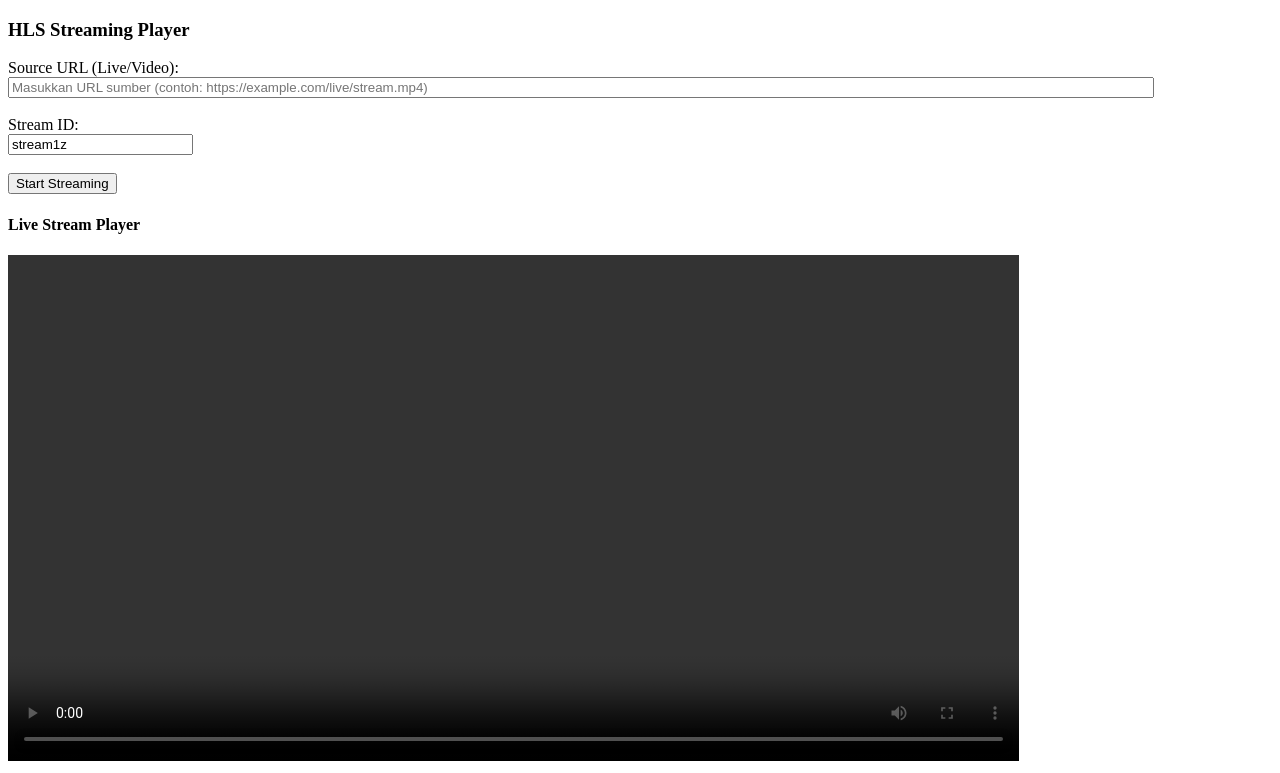
Repository: abdulharisasari/hlsconverter
Page: http://localhost/
These files come from the project's save history. The page is drawn as it stood at one moment and after the next save; the edit follows.
The browser window is 1280 px wide. The pictures show the whole page.
The page is served by the project's application, run on Flask 3 (app.py).

Above is the page before, as saved 2025-11-05 14:11:54.

After the next save:
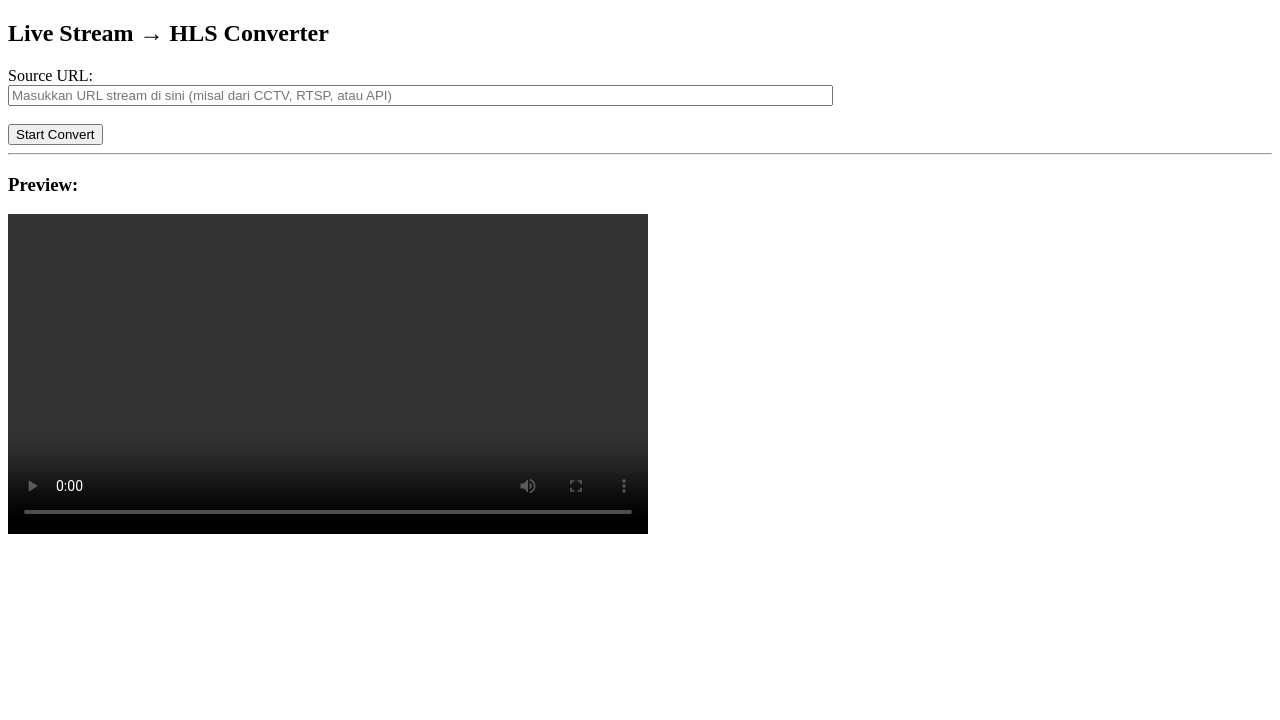
Saved 10 s later.
--- a/templates/index.html
+++ b/templates/index.html
@@ -2,72 +2,50 @@
 <html>
 <head>
   <meta charset="utf-8"/>
-  <title>HLS Streaming Player</title>
+  <title>Live Stream to HLS Converter</title>
   <script src="https://cdn.jsdelivr.net/npm/hls.js@latest"></script>
 </head>
 <body>
-  <h3>HLS Streaming Player</h3>
+  <h2>Live Stream → HLS Converter</h2>
+  <label>Source URL:</label><br/>
+  <input id="sourceUrl" type="text" size="100"
+         placeholder="Masukkan URL stream di sini (misal dari CCTV, RTSP, atau API)"/>
+  <br/><br/>
+  <button onclick="startConvert()">Start Convert</button>
 
-  <label>Source URL (Live/Video):</label><br/>
-  <input id="source" style="width:90%"
-         placeholder="Masukkan URL sumber (contoh: https://example.com/live/stream.mp4)"/><br/><br/>
-
-  <label>Stream ID:</label><br/>
-  <input id="sid" value="stream1z"/><br/><br/>
-
-  <button id="start">Start Streaming</button>
-
-  <h4>Live Stream Player</h4>
-  <video id="video" controls autoplay playsinline style="width:80%;height:auto;background:#000"></video>
+  <hr/>
+  <h3>Preview:</h3>
+  <video id="video" width="640" controls autoplay></video>
 
   <script>
-    document.getElementById("start").onclick = async () => {
-      const source = document.getElementById("source").value.trim();
-      const sid = document.getElementById("sid").value.trim() || "stream1";
+  async function startConvert() {
+    const src = document.getElementById('sourceUrl').value;
+    if (!src) return alert("Masukkan URL sumber dulu");
 
-      if (!source) {
-        alert("Masukkan URL sumber video!");
-        return;
-      }
+    const res = await fetch('/convert', {
+      method: 'POST',
+      headers: {'Content-Type': 'application/json'},
+      body: JSON.stringify({ source: src })
+    });
+    const data = await res.json();
 
-      // Kirim request ke server untuk mulai konversi ke HLS
-      const resp = await fetch("/start", {
-        method: "POST",
-        headers: { "Content-Type": "application/json" },
-        body: JSON.stringify({ source, stream_id: sid })
-      });
+    if (data.hls_url) {
+      playHls(data.hls_url);
+    } else {
+      alert("Gagal mulai konversi: " + (data.error || "unknown error"));
+    }
+  }
 
-      const j = await resp.json();
-      if (!j.ok) {
-        alert("Error: " + j.msg);
-        return;
-      }
-
-      // URL manifest (m3u8)
-      const manifest = j.manifest_url;
-      const video = document.getElementById("video");
-
-      // Tampilkan link agar bisa dicek manual juga
-      console.log("Streaming manifest:", manifest);
-
-      // Streaming menggunakan hls.js
-      if (Hls.isSupported()) {
-        const hls = new Hls({
-          liveSyncDuration: 2,
-          enableWorker: true,
-          xhrSetup: function (xhr, url) {
-            xhr.withCredentials = false; // jangan paksa download
-          }
-        });
-        hls.loadSource(manifest);
-        hls.attachMedia(video);
-      } else if (video.canPlayType("application/vnd.apple.mpegurl")) {
-        // Untuk Safari / iOS native HLS
-        video.src = manifest;
-      } else {
-        alert("Browser tidak mendukung HLS streaming");
-      }
-    };
+  function playHls(hlsUrl) {
+    const video = document.getElementById('video');
+    if (Hls.isSupported()) {
+      const hls = new Hls();
+      hls.loadSource(hlsUrl);
+      hls.attachMedia(video);
+    } else if (video.canPlayType('application/vnd.apple.mpegurl')) {
+      video.src = hlsUrl;
+    }
+  }
   </script>
 </body>
 </html>
